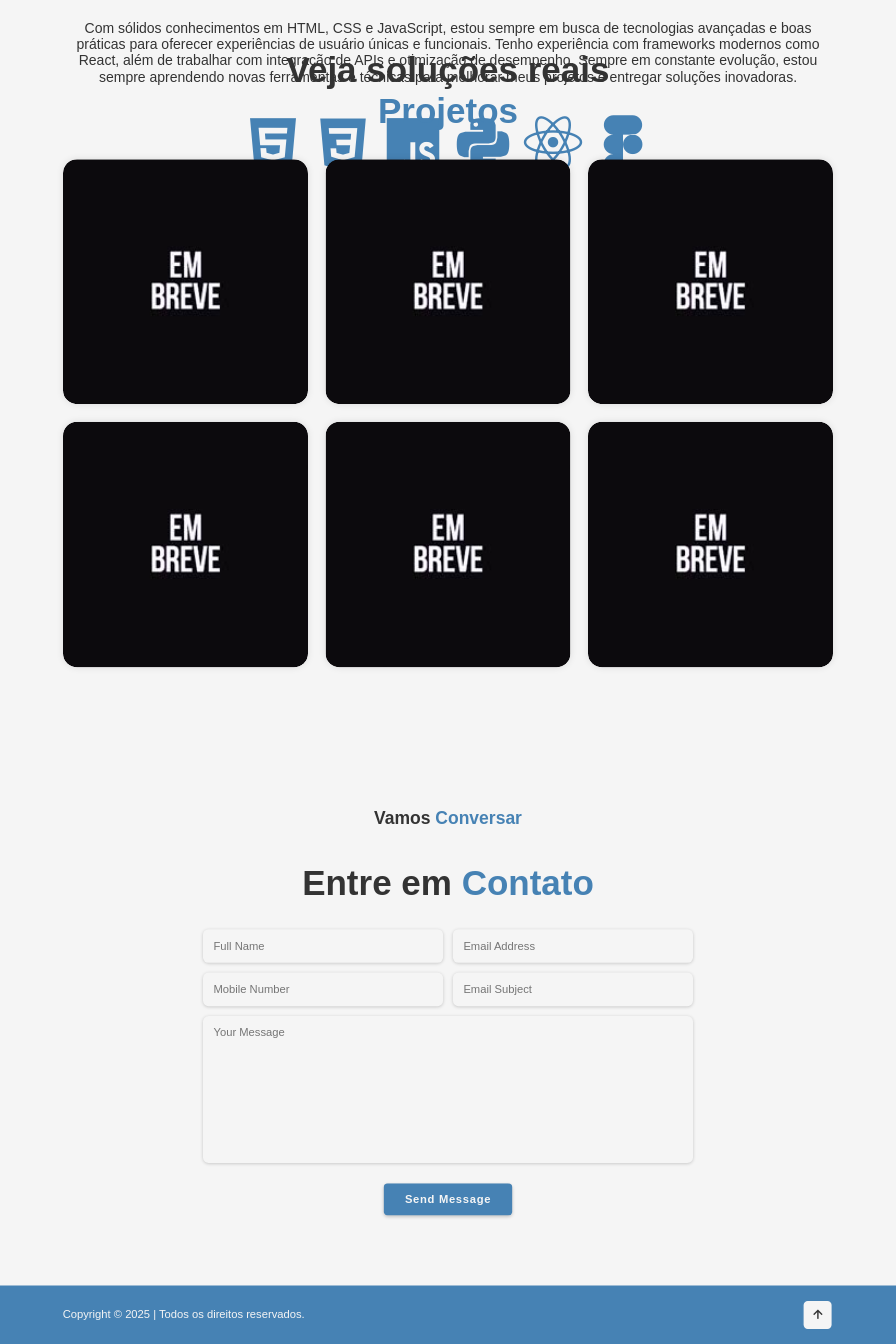
Repository: AliciaKathleen/portfolio-2025
Page: index.html
An editor plug-in stored every save of this project. The page is shown before and after the next save, followed by the edit.
The browser window is 1280 px wide. The pictures show the part of the page from y = 2359 to 4279 px (the page is 4279 px tall before and 4230 px after), at 70% of full size.

Above is the page before, as saved 2025-01-27 18:14:17.
Console error: TypeError: Cannot read properties of null (reading 'classList')

After the next save:
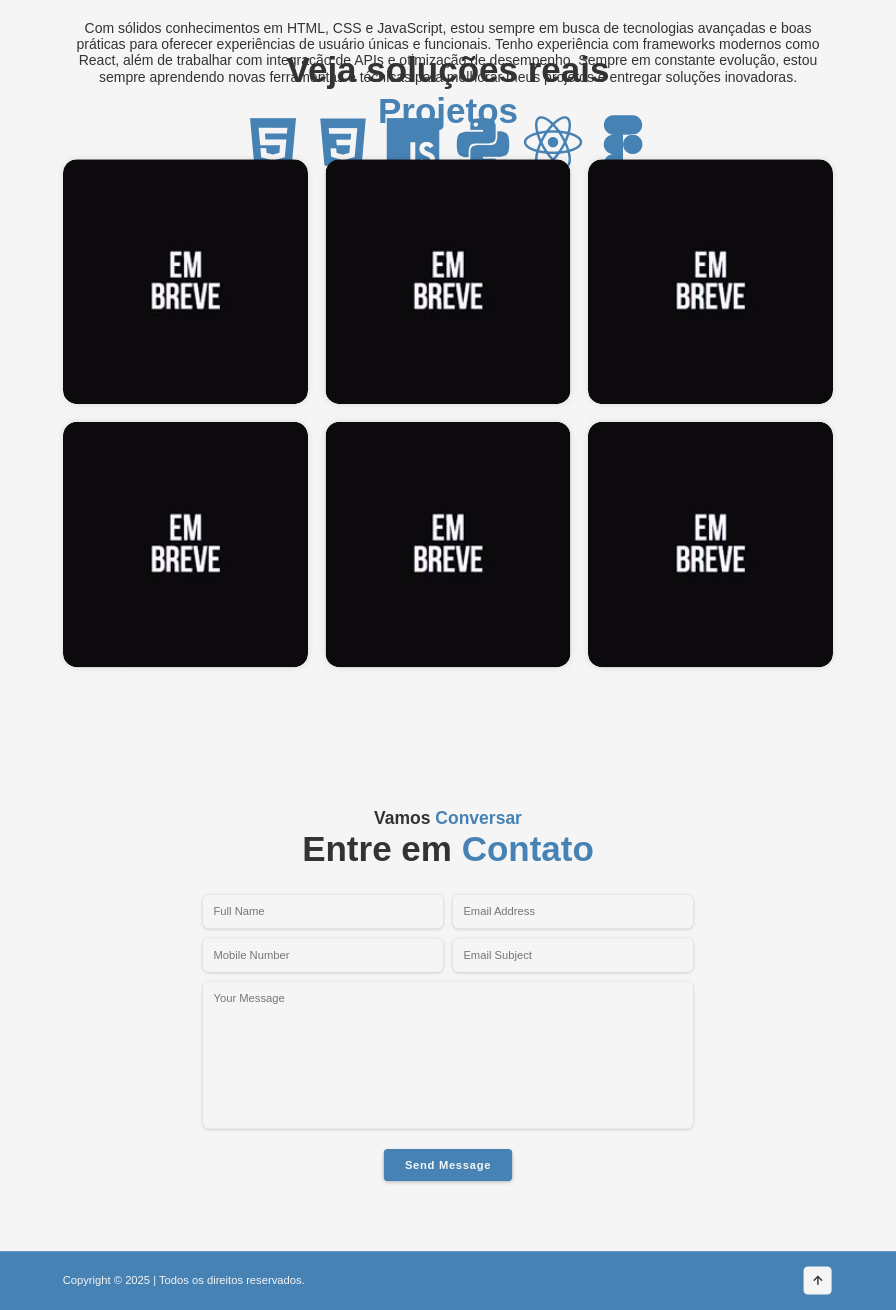
Saved 15 s later.
--- a/style.css
+++ b/style.css
@@ -502,7 +502,7 @@ span {
 
 .contact h1 {
     font-size: 2.5rem;
-    margin-bottom: 50px;
+    margin-bottom: .1rem;
 }
 
 .contact h2 {
